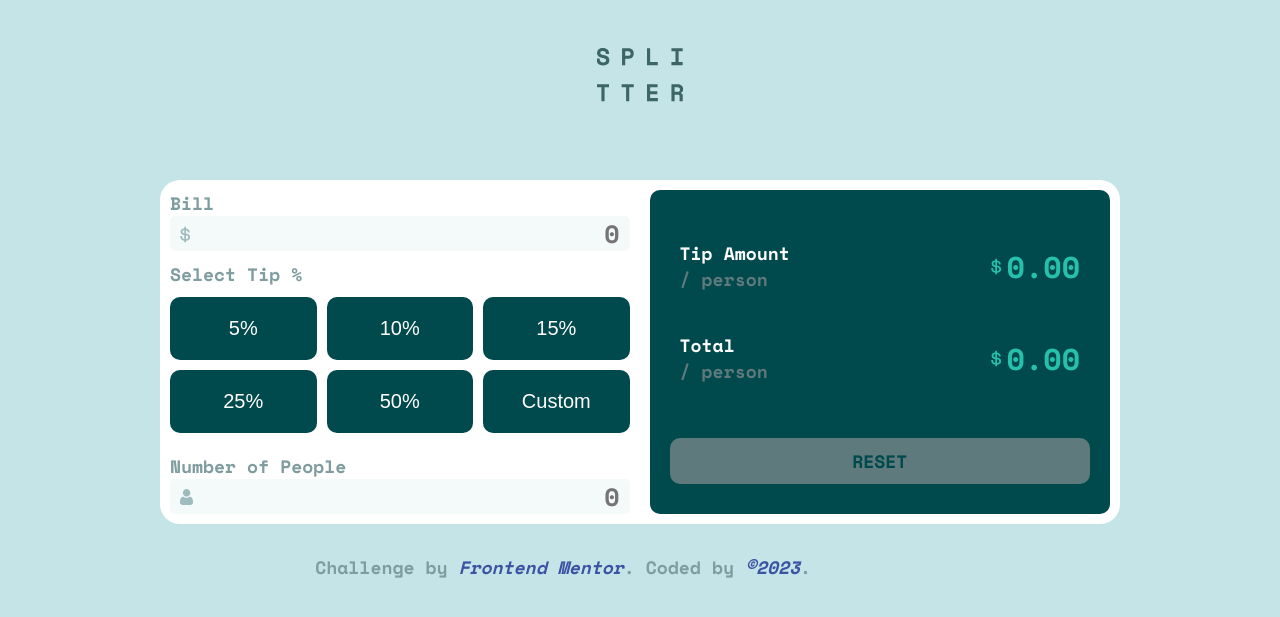
Repository: MeekyBerry/Frontend-Mentor-Challenges
Page: tip-calculator-app/index.html
An editor plug-in stored every save of this project. The page is shown before and after the next save, followed by the edit.
The browser window is 1280 px wide. The pictures show the whole page.

Above is the page before, as saved 2023-03-28 06:42:24.

### tip-calculator-app/index.html
<!DOCTYPE html>
<html lang="en">

<head>
  <meta charset="UTF-8">
  <meta name="viewport" content="width=device-width, initial-scale=1.0">
  <link rel="icon" type="image/png" sizes="32x32" href="./css/images/favicon-32x32.png">
  <title> Tip calculator app</title>
  <link rel="stylesheet" href="./css/style.css">
  <script src="./script.js" defer></script>
</head>

<body>
  <div class="heading-logo">
    <img src="./css/images/logo.svg" alt="Logo" class="logo">
  </div>

  <form id="form" class="background">
    <div class="first-container">
      <div class="bill-container">
        <label for="bill">Bill</label>
        <input type="number" id="bill" placeholder="0" class="bill-input__img input-bar">
      </div>

      <div class="tip">
        <div>Select Tip %</div>
        <div class="percent-container">
          <button type="button" class="percent five">5%</button>
          <button type="button" class="percent ten">10%</button>
          <button type="button" class="percent fiftheen">15%</button>
          <button type="button" class="percent twenty-five">25%</button>
          <button type="button" class="percent fifty">50%</button>
          <button type="button" class="percent custom" id="cst-btn">Custom</button>
        </div>
      </div <div>
      <div class="people-validate">
        <label for="number">Number of People</label>
        <span id="validate" class="people-zero">Can't be zero</span>
      </div>
      <div class="icon-box">
        <input type="number" id="people" class="people-input__img input-bar" placeholder="0">
      </div>
    </div>
    </div>

    <div class="second-container">
      <div class="amount">
        <p>Tip Amount <span class="person">/ person</span></p>
        <div class="digit">
          <svg xmlns="http://www.w3.org/2000/svg" width="11" height="17">
            <path fill="var(--Strong-cyan)"
              d="M6.016 16.328v-1.464c1.232-.08 2.22-.444 2.964-1.092.744-.648 1.116-1.508 1.116-2.58v-.144c0-.992-.348-1.772-1.044-2.34-.696-.568-1.708-.932-3.036-1.092V4.184c.56.144 1.012.4 1.356.768.344.368.516.816.516 1.344v.288h1.824v-.432c0-.448-.088-.876-.264-1.284a3.783 3.783 0 00-.744-1.116A4.251 4.251 0 007.54 2.9a5.324 5.324 0 00-1.524-.492V.872H4.288V2.36a5.532 5.532 0 00-1.416.324c-.448.168-.84.392-1.176.672-.336.28-.604.616-.804 1.008-.2.392-.3.844-.3 1.356v.144c0 .96.316 1.708.948 2.244.632.536 1.548.884 2.748 1.044v3.912c-.704-.16-1.248-.472-1.632-.936-.384-.464-.576-1.08-.576-1.848v-.288H.256v.576c0 .464.08.924.24 1.38.16.456.404.88.732 1.272.328.392.744.728 1.248 1.008s1.108.476 1.812.588v1.512h1.728zM4.288 7.424c-.688-.128-1.164-.332-1.428-.612-.264-.28-.396-.644-.396-1.092 0-.464.176-.832.528-1.104.352-.272.784-.448 1.296-.528v3.336zm1.728 5.712V9.344c.768.128 1.328.328 1.68.6.352.272.528.688.528 1.248 0 .544-.196.984-.588 1.32-.392.336-.932.544-1.62.624z" />
          </svg>
          <span id="tip-amount" class="amount-span">0.00</span>
        </div>
      </div>

      <div class="amount">
        <p>Total <span class="person">/ person</span></p>
        <div class="digit">
          <svg xmlns="http://www.w3.org/2000/svg" width="11" height="17">
            <path fill="var(--Strong-cyan)"
              d="M6.016 16.328v-1.464c1.232-.08 2.22-.444 2.964-1.092.744-.648 1.116-1.508 1.116-2.58v-.144c0-.992-.348-1.772-1.044-2.34-.696-.568-1.708-.932-3.036-1.092V4.184c.56.144 1.012.4 1.356.768.344.368.516.816.516 1.344v.288h1.824v-.432c0-.448-.088-.876-.264-1.284a3.783 3.783 0 00-.744-1.116A4.251 4.251 0 007.54 2.9a5.324 5.324 0 00-1.524-.492V.872H4.288V2.36a5.532 5.532 0 00-1.416.324c-.448.168-.84.392-1.176.672-.336.28-.604.616-.804 1.008-.2.392-.3.844-.3 1.356v.144c0 .96.316 1.708.948 2.244.632.536 1.548.884 2.748 1.044v3.912c-.704-.16-1.248-.472-1.632-.936-.384-.464-.576-1.08-.576-1.848v-.288H.256v.576c0 .464.08.924.24 1.38.16.456.404.88.732 1.272.328.392.744.728 1.248 1.008s1.108.476 1.812.588v1.512h1.728zM4.288 7.424c-.688-.128-1.164-.332-1.428-.612-.264-.28-.396-.644-.396-1.092 0-.464.176-.832.528-1.104.352-.272.784-.448 1.296-.528v3.336zm1.728 5.712V9.344c.768.128 1.328.328 1.68.6.352.272.528.688.528 1.248 0 .544-.196.984-.588 1.32-.392.336-.932.544-1.62.624z" />
          </svg>
          <span id="total-amount" class="amount-span">0.00</span>
        </div>
      </div>
      <div class="btn-wrapper">
        <button type="reset" id="reset" class="btn">Reset</button>
      </div>
    </div>
  </form>

  <div class="attribution">
    Challenge by <a href="https://www.frontendmentor.io?ref=challenge" target="_blank">Frontend Mentor</a>.
    Coded by <a href="https://www.linkedin.com/in/mikkylanky/" target="_blank">&copy;2023</a>.
  </div>
</body>

</html>

### tip-calculator-app/css/style.css
@import url("https://fonts.googleapis.com/css2?family=Space+Mono:wght@400;700&display=swap");

:root {
  /* ### Primary */
  --Strong-cyan: hsl(172, 67%, 45%);
  /* ### Neutral */
  --Very-dark-cyan: hsl(183, 100%, 15%);
  --Dark-grayish-cyan: hsl(186, 14%, 43%);
  --Grayish-cyan: hsl(184, 14%, 56%);
  --Light-grayish-cyan: hsl(185, 41%, 84%);
  --Very-light-grayish-cyan: hsl(189, 41%, 97%);
  --White: hsl(0, 0%, 100%);
  --dark-blue: hsl(228, 45%, 44%);
}

html {
  font-size: 50%;
}

*,
::before,
::after {
  margin: 0;
  padding: 0;
  box-sizing: border-box;
}

body {
  font-size: 1.8rem;
  font-family: "Space Mono", sans-serif;
  font-weight: 700;
  background-color: var(--Light-grayish-cyan);
  color: var(--Grayish-cyan);
  height: 100%;
  width: 100%;
}

.heading-logo {
  height: 15rem;
  width: 100%;
  position: relative;
}

.logo {
  position: absolute;
  top: 50%;
  left: 50%;
  transform: translate(-50%, -50%);
}

.background {
  display: flex;
  flex-direction: column;
  justify-content: space-around;
  background-color: var(--White);
  height: 80rem;
  width: 90%;
  border-radius: 2rem;
  padding: 0 2rem;
  margin: 0 auto;
}

.people-validate {
  display: flex;
  justify-content: space-between;
  align-items: center;
}

.people-zero {
  color: red;
  font-size: 1.5rem;
  font-weight: 400;
  display: none;
}

label {
  display: block;
}

.input-bar {
  display: flex;
  justify-content: space-between;
  align-items: center;
  width: 100%;
  height: 3.5rem;
  border: none;
  border-radius: .5rem;
  font-size: 2.5rem;
  font-family: "Space Mono", sans-serif;
  font-weight: 700;
  text-align: end;
  padding: 0 1rem 0 3rem;
}

.input-bar:focus {
  outline-color: var(--Strong-cyan);
}

.bill-input__img {
  background: url(../css/images/icon-dollar.svg) no-repeat var(--Very-light-grayish-cyan) 1rem 1rem;
  padding: 0 1rem 0 3rem;
}

.people-input__img {
  background: url(../css/images/icon-person.svg) no-repeat var(--Very-light-grayish-cyan) 1rem 1rem;
  padding: 0 1rem 0 3rem;
}

/* Remove Arrows/Spinners ON INPUT */
input::-webkit-outer-spin-button,
input::-webkit-inner-spin-button {
  -webkit-appearance: none;
}

/* Firefox */
input[type="number"] {
  -moz-appearance: textfield;
}

.tip {
  padding: 1rem 0;
}

.percent-container {
  display: grid;
  grid-template-columns: repeat(2, 1fr);
  grid-template-rows: repeat(3, 1fr);
  grid-template-areas:
    "five ten"
    "fiftheen twentyFive"
    "fifty custom";
  gap: 1rem;
  padding: 1rem 0;
}

.percent {
  background-color: var(--Very-dark-cyan);
  color: var(--White);
  text-align: center;
  padding: 2rem;
  border-radius: 1rem;
  border: none;
  font-size: 2rem;
  width: 100%;
}

.percent:active {
  background-color: var(--Strong-cyan);
  color: var(--Very-dark-cyan);
  font-weight: 700;
}

.five {
  grid-area: five;
}

.ten {
  grid-area: ten;
}

.fiftheen {
  grid-area: fiftheen;
}

.twenty-five {
  grid-area: twentyFive;
}

.fifty {
  grid-area: fifty;
}

.custom {
  grid-area: custom;
}

.custom-input {
  background-color: var(--Very-light-grayish-cyan);
  color: var(--Very-dark-cyan);
  border: none;
  border-radius: 1rem;
  padding: 0 2rem;
  font-size: 2rem;
  font-weight: 700;
  text-align: end;
  width: 100%;
  height: 100%;
}

.custom-input:focus {
  outline-color: var(--Strong-cyan);
}

.second-container {
  background-color: var(--Very-dark-cyan);
  border-radius: 1rem;
  padding: 3rem 2rem;
}

.amount {
  display: flex;
  justify-content: space-between;
  padding: 2rem 1rem;
}

p {
  color: var(--White);
}

.person {
  display: block;
  font-size: 1.8rem;
  color: var(--Dark-grayish-cyan);
}

.digit {
  display: flex;
  align-items: center;
  justify-content: center;
  gap: .5rem;
}

.amount-span {
  font-size: 3rem;
  color: var(--Strong-cyan);
}

.btn {
  width: 100%;
  padding: 1rem;
  background-color: var(--Dark-grayish-cyan);
  color: var(--Very-dark-cyan);
  border: none;
  border-radius: 1rem;
  text-transform: uppercase;
  font-size: 1.8rem;
  font-weight: 700;
  font-family: "Space Mono", sans-serif;
  -webkit-border-radius: 1rem;
  -moz-border-radius: 1rem;
  -ms-border-radius: 1rem;
  -o-border-radius: 1rem;
}

.attribution {
  font-size: 1.8rem;
  text-align: center;
  width: 88%;
}

.attribution a {
  color: var(--dark-blue);
  text-decoration: none;
  font-style: italic;
}

@media only screen and (min-width: 1000px) {
  html {
    font-size: 62.5%;
  }

  .background {
    width: 75%;
    height: 75%;
    margin: 3rem auto;
    flex-direction: row;
    gap: 2rem;
    padding: 1rem;
  }

  .first-container {
    display: flex;
    flex-direction: column;
    justify-content: space-around;
    width: 50%;
  }

  .percent-container {
    grid-template-columns: repeat(3, 1fr);
    grid-template-rows: repeat(2, 1fr);
    grid-template-areas:
      "five ten fiftheen"
      "twentyFive fifty custom";
  }

  .second-container {
    display: flex;
    flex-direction: column;
    width: 50%;
  }

  .btn-wrapper {
    margin-top: auto;
  }
}

### tip-calculator-app/script.js
// 1. Get the bill amount from the input field
const billInput = document.getElementById("bill");
// 2. Get the tip percentage from the Button array
const tipButtons = document.querySelectorAll(".percent");
// 2.1. The percentage array contains a Custom button which toggles to input field when clicked
const customButton = document.querySelector(".custom");
// 2.2. Get the custom percentage from the input field
const customInput = document.createElement("input");
// Add style class to created customInput element
// customInput.classList.add('custom-input');
// 3. Get the number of people from the input field
const peopleInput = document.getElementById("people");
// 4. Calculate the tip amount per person;
const tipAmountSpan = document.getElementById("tip-amount");
// 5. Calculate the total cost per person
const totalAmountSpan = document.getElementById("total-amount");
// 6. Display the tip amount per person
const resetButton = document.getElementById("reset");
const validatePeople = document.getElementById("validate");
const resetBtn = document.querySelector(".btn");

let bill = 0;
let tipPercentage = 0;
let customPercentage = 0;
let people = 0;

let inputPeople = false;
let error = true;

// calculate tip and total amount
const calculateTip = () => {
  if (people > 0) {
    inputPeople = true;
    let tip = (bill * (tipPercentage + customPercentage)) / 100;
    let total = bill + tip;
    let tipPerPerson = tip / people;
    let totalPerPerson = total / people;
    tipAmountSpan.textContent = `${tipPerPerson.toFixed(2)}`;
    totalAmountSpan.textContent = `${totalPerPerson.toFixed(2)}`;
    disableReset();
  }
};

// add event listener for bill input
billInput.addEventListener("input", () => {
  bill = Number(billInput.value);
  calculateTip();
  disableReset();
});

// add event listener for people input
peopleInput.addEventListener("input", () => {
  if (peopleInput.value === "0") {
    validatePeople.style.display = "block";
    peopleInput.style.outlineColor = "red";
  }
  people = Number(peopleInput.value);
  calculateTip();
  disableReset();
});

// add event listeners for tip buttons
tipButtons.forEach((button) => {
  button.addEventListener("click", () => {
    if (button.classList.contains("custom")) {
      customInput.type = "number";
      customInput.value = "";
      customInput.classList.add("custom-input");
      if (button.parentNode) {
        button.parentNode.replaceChild(customInput, button);
        customInput.focus();
      }
    } else {
      tipPercentage = Number(button.textContent.replace("%", ""));
      calculateTip();
    }
  });
});

// add event listener for custom input
customInput.addEventListener("input", () => {
  customPercentage = Number(customInput.value);
  calculateTip();
});

// add event listener for reset button
resetButton.addEventListener("click", () => {
  billInput.value = "";
  peopleInput.value = "";
  tipAmountSpan.textContent = "0.00";
  totalAmountSpan.textContent = "0.00";
  bill = 0;
  tipPercentage = 0;
  customPercentage = 0;
  people = 0;
  if (customInput.parentNode) {
    customInput.parentNode.replaceChild(customButton, customInput);
  }
  resetButton.disabled = true;
  resetButton.style.backgroundColor = "hsl(186, 14%, 43%)";
});

// disable reset button
const disableReset = () => {
  if (billInput.value.trim() === "" && peopleInput.value.trim() === "") {
    resetButton.disabled = true;
    resetButton.style.backgroundColor = "hsl(186, 14%, 43%)";
  } else {
    resetButton.disabled = false;
    resetButton.style.backgroundColor = "hsl(172, 67%, 45%)";
  }
};

After the next save:
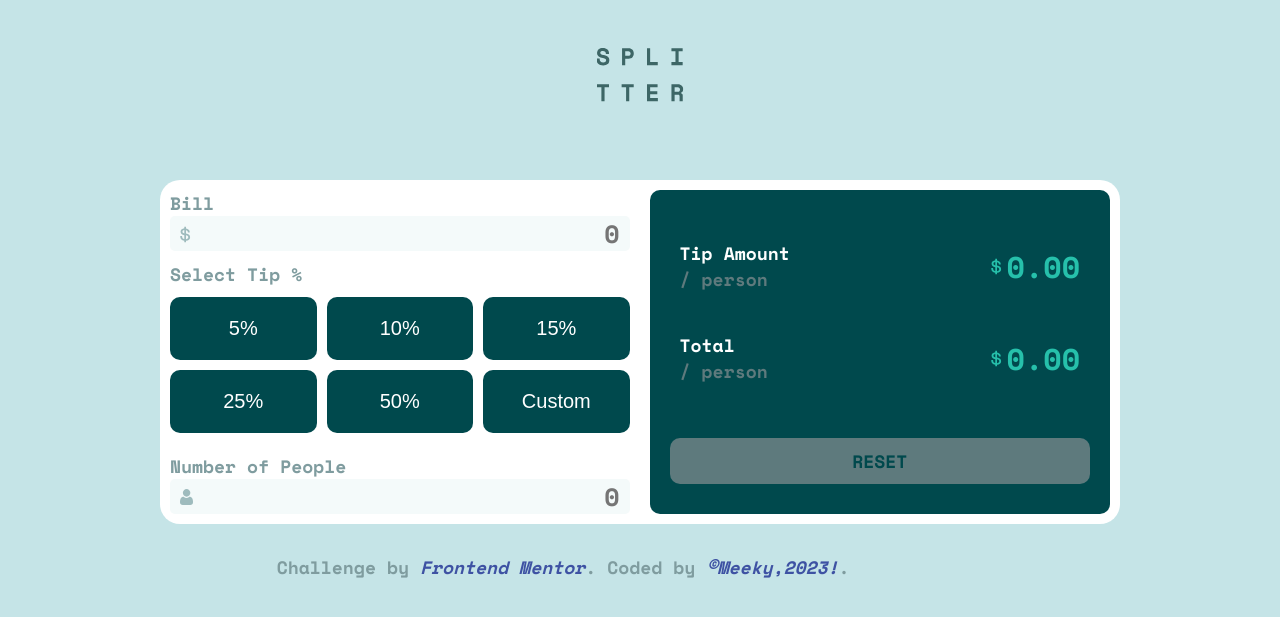
Saved 16 s later.
--- a/tip-calculator-app/index.html
+++ b/tip-calculator-app/index.html
@@ -73,7 +73,7 @@
 
   <div class="attribution">
     Challenge by <a href="https://www.frontendmentor.io?ref=challenge" target="_blank">Frontend Mentor</a>.
-    Coded by <a href="https://www.linkedin.com/in/mikkylanky/" target="_blank">&copy;2023</a>.
+    Coded by <a href="https://www.linkedin.com/in/mikkylanky/" target="_blank">&copy;Meeky,2023!</a>.
   </div>
 </body>
 
